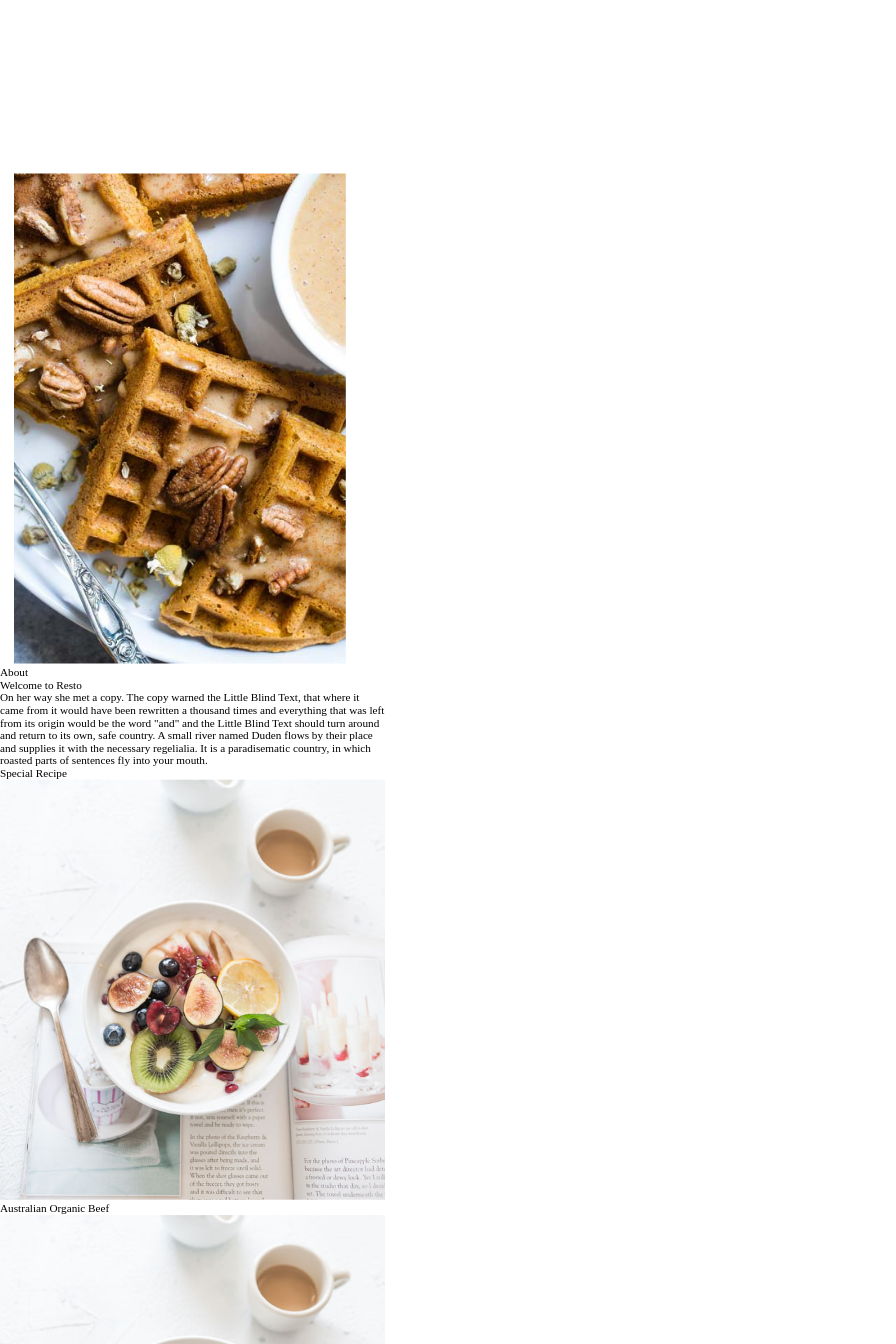
Repository: nguyenanhtuanHDU/myrestaurant
Page: index.html
An editor plug-in stored every save of this project. The page is shown before and after a run of saves, followed by the edit.
The browser window is 1280 px wide. The pictures show the part of the page from y = 557 to 2477 px (the page is 3537 px tall before and 2833 px after), at 70% of full size.

Above is the page before, as saved 2022-02-01 01:53:11.

After the next 2 saves:
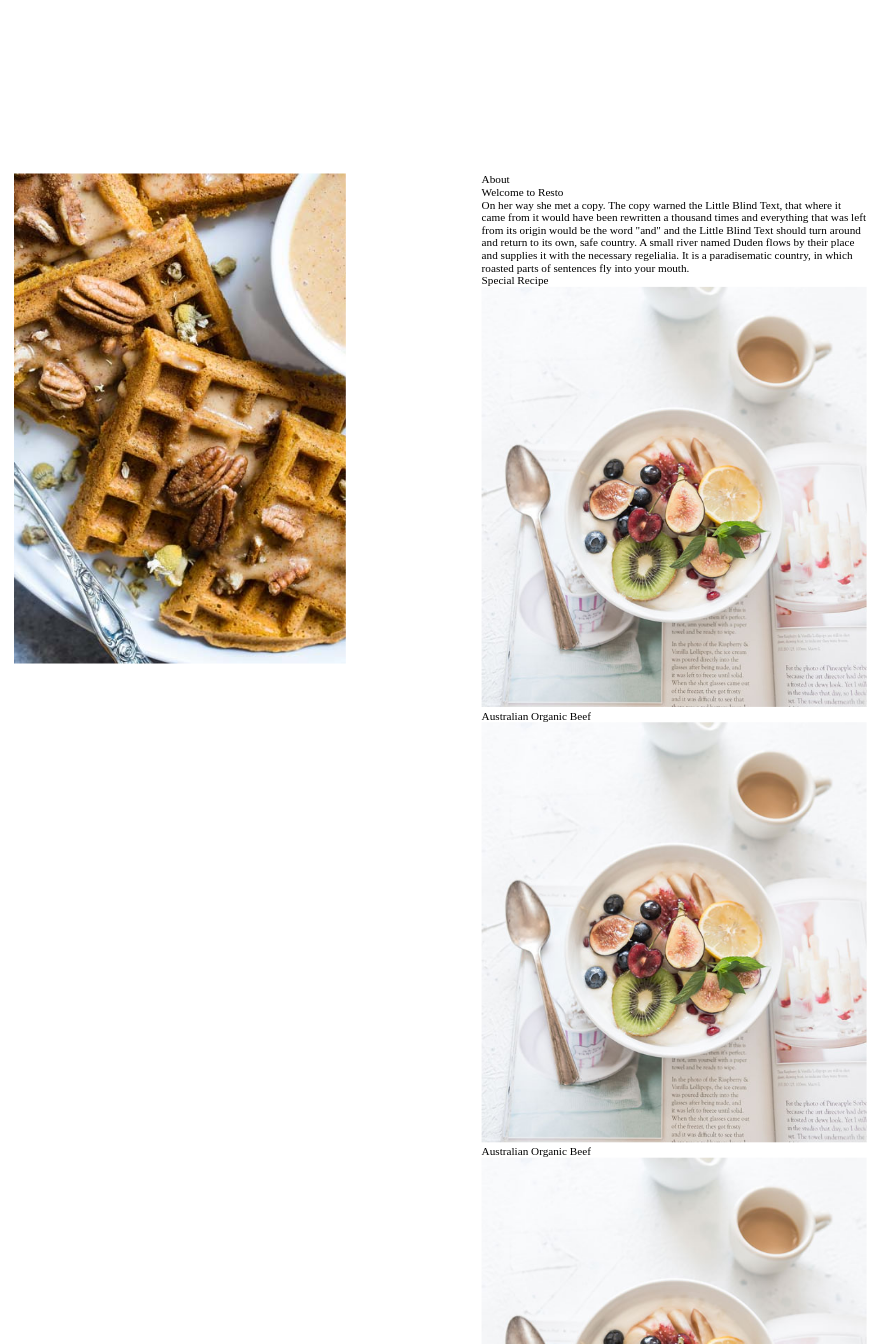
The 2 saves are shown as one change because they came seconds apart.
The last was saved 117 s later.
--- a/assets/style.css
+++ b/assets/style.css
@@ -205,4 +205,5 @@
 }
 .about_content{
     position: absolute;
-}
+    top: 0;
+    left: 43em;}
